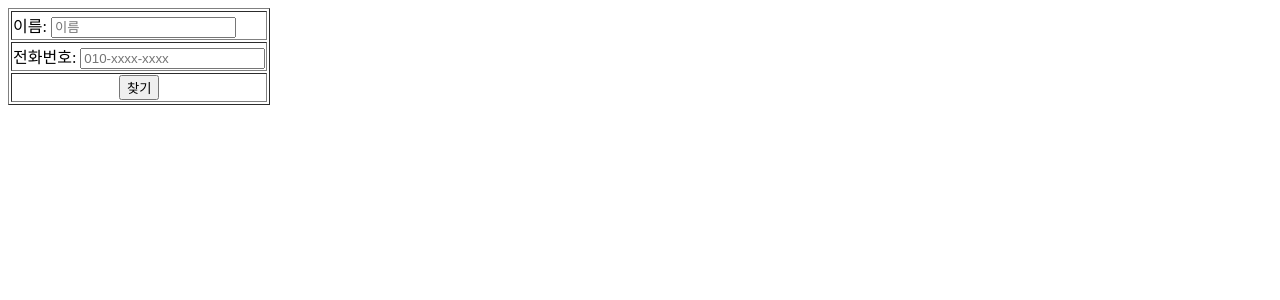
Repository: leeseokh/jquery
Page: workspace/MemberPj/WebContent/html/아디, 비번 찾기/id찾기.html
These files come from the project's save history. The page is drawn as it stood at one moment and after the next save; the edit follows.
The browser window is 1280 px wide. The pictures show the whole page.

Above is the page before, as saved 2021-06-17 12:11:36.

After the next save:
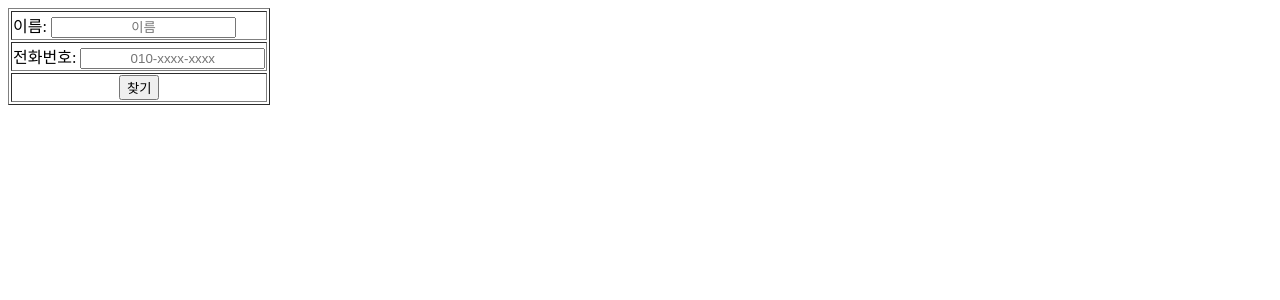
Saved 10 s later.
--- a/workspace/MemberPj/WebContent/html/아디, 비번 찾기/id찾기.html
+++ b/workspace/MemberPj/WebContent/html/아디, 비번 찾기/id찾기.html
@@ -5,7 +5,7 @@
 	<title>Insert title here</title>
 	<style type="text/css">
 		input {
-			list-style: none;
+			text-align:center;
 			padding-top:2;
 		}
 	</style>
